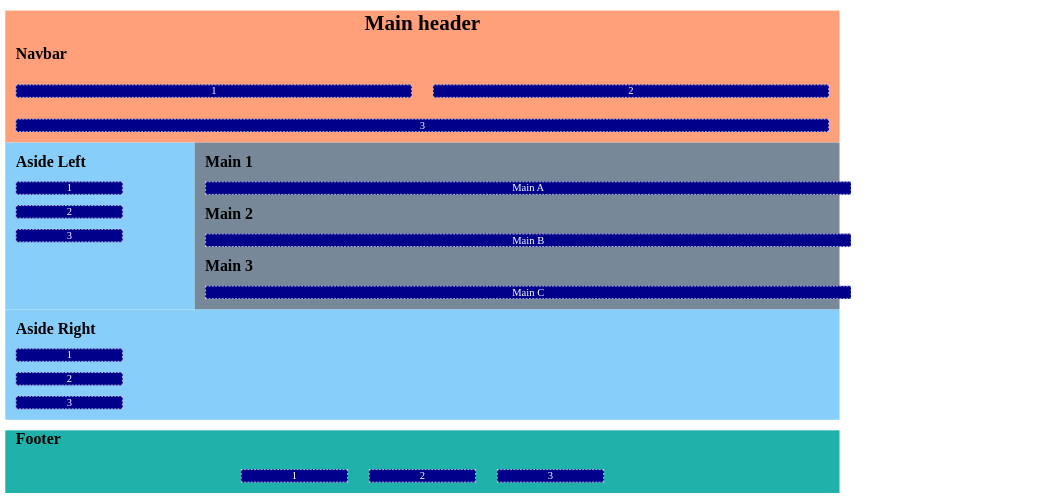
Repository: Colo-Codes/code-practice
Page: 02-css-practice-10-RWD.html
These files come from the project's save history. The page is drawn as it stood at one moment and after the next save; the edit follows.
The browser window is 1280 px wide. The page is 1290 px wide, then 1610 px, so the pictures cover 1610 px, including what lies to the right of the window. The pictures show the whole page, at 66% of full size.

Above is the page before, as saved 2021-06-07 08:58:06.

After the next save:
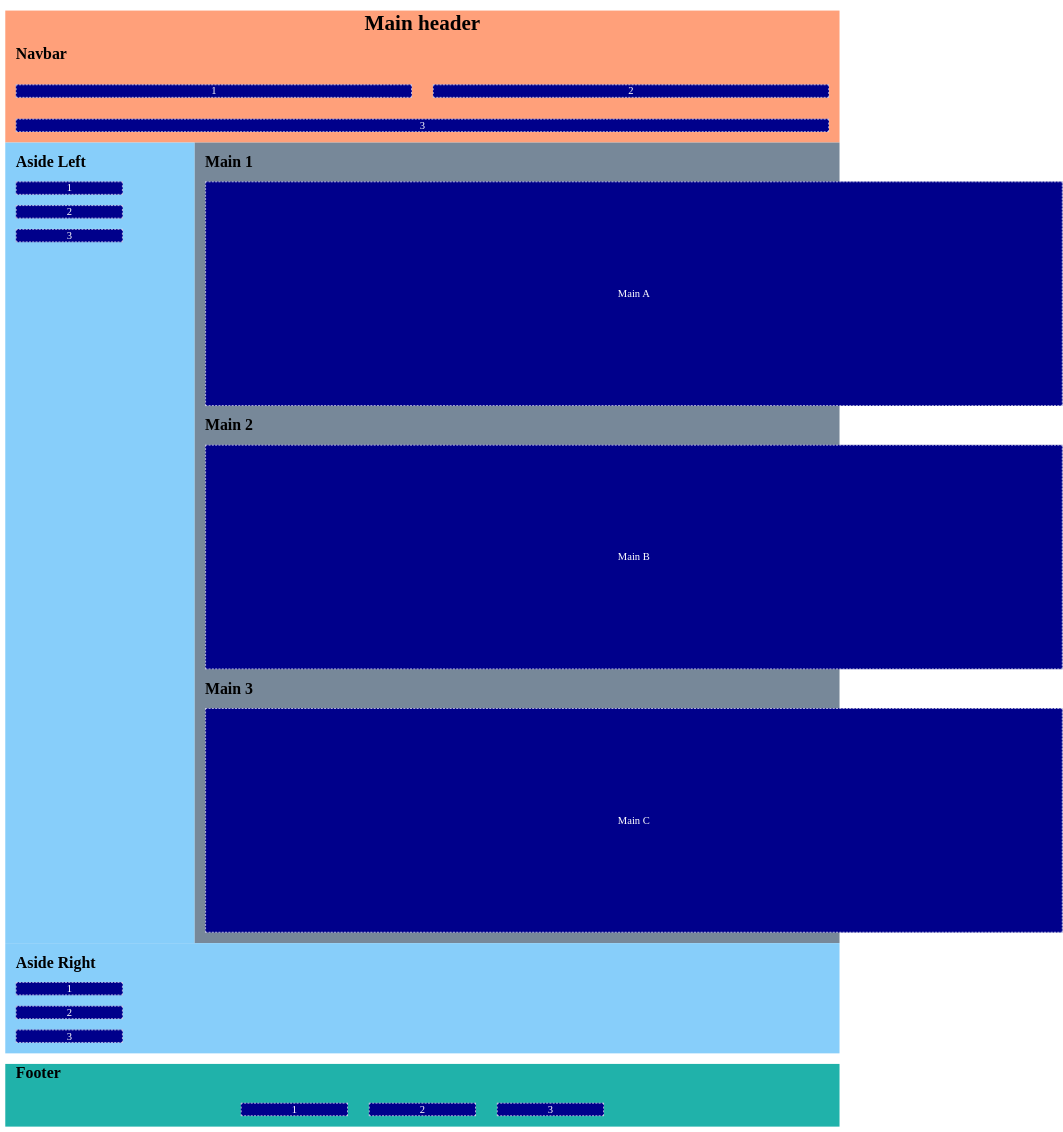
Saved 4 s later.
--- a/02-css-practice-10-RWD.html
+++ b/02-css-practice-10-RWD.html
@@ -37,7 +37,7 @@
         }
         .main-boxes {
             width: 100%;
-            margpaddingin: 10rem;
+            padding: 10rem;
         }
 
         /* Flexboxes */
